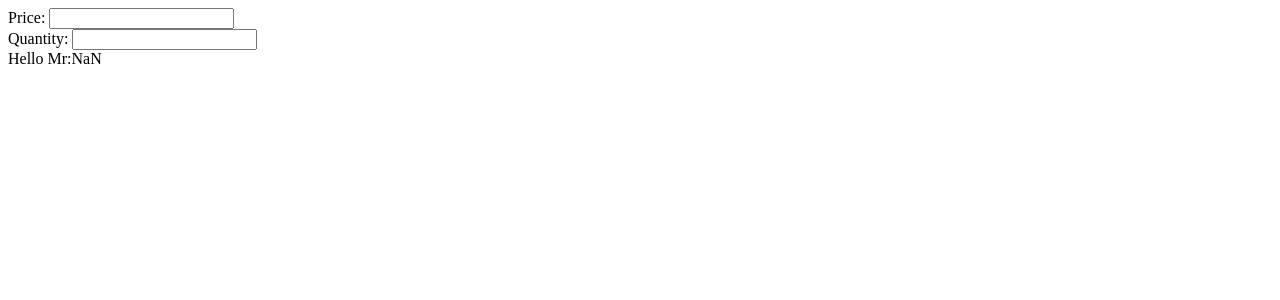
Repository: jack-1195/dtproject
Page: angular/DemoAngularJS/WebContent/Test.html
An editor plug-in stored every save of this project. The page is shown before and after the next save, followed by the edit.
The browser window is 1280 px wide. The pictures show the whole page.
Some web libraries are served in a nearby version.

Above is the page before, as saved 2016-07-01 05:03:22.

After the next save:
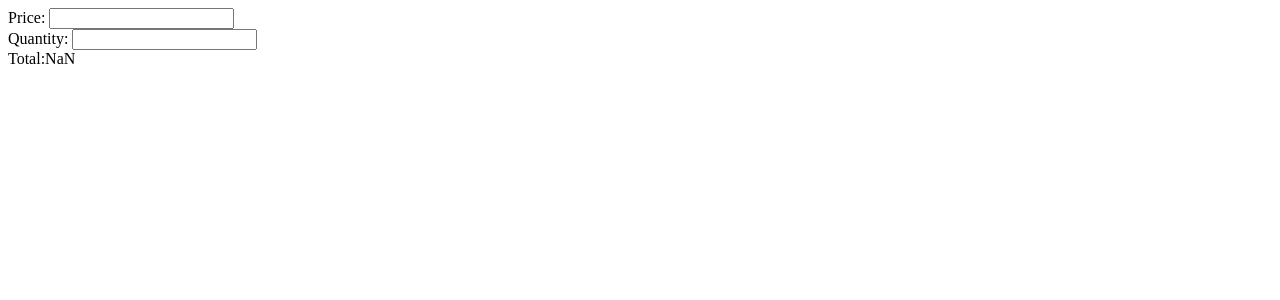
Saved 21 s later.
--- a/angular/DemoAngularJS/WebContent/Test.html
+++ b/angular/DemoAngularJS/WebContent/Test.html
@@ -10,7 +10,7 @@
 <body ng-app="">
 Price: <input type ="number"   ng-model="price"><br>
 Quantity: <input type ="number"   ng-model="quantity"><br>
-Hello Mr:{{price * quantity }}
+Total:{{price * quantity }}
 
 </body>
 </html>
